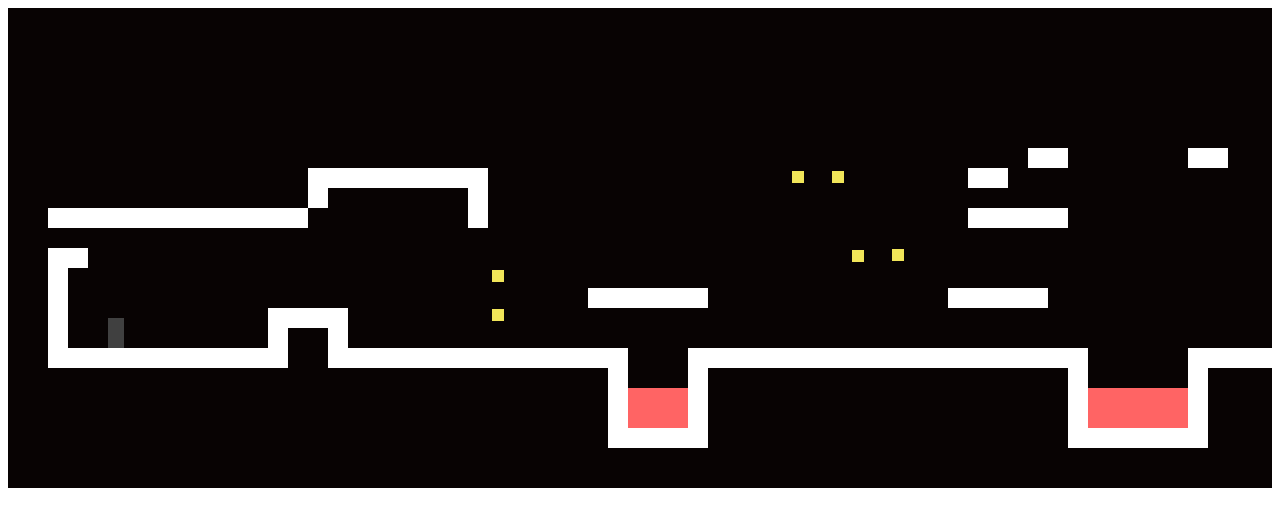
Repository: luccas-teddy/examenlucas
Page: index.html
These files come from the project's save history. The page is drawn as it stood at one moment and after the next save; the edit follows.
The browser window is 1280 px wide. The pictures show the whole page.

Above is the page before, as saved 2021-02-11 22:12:12.

After the next save:
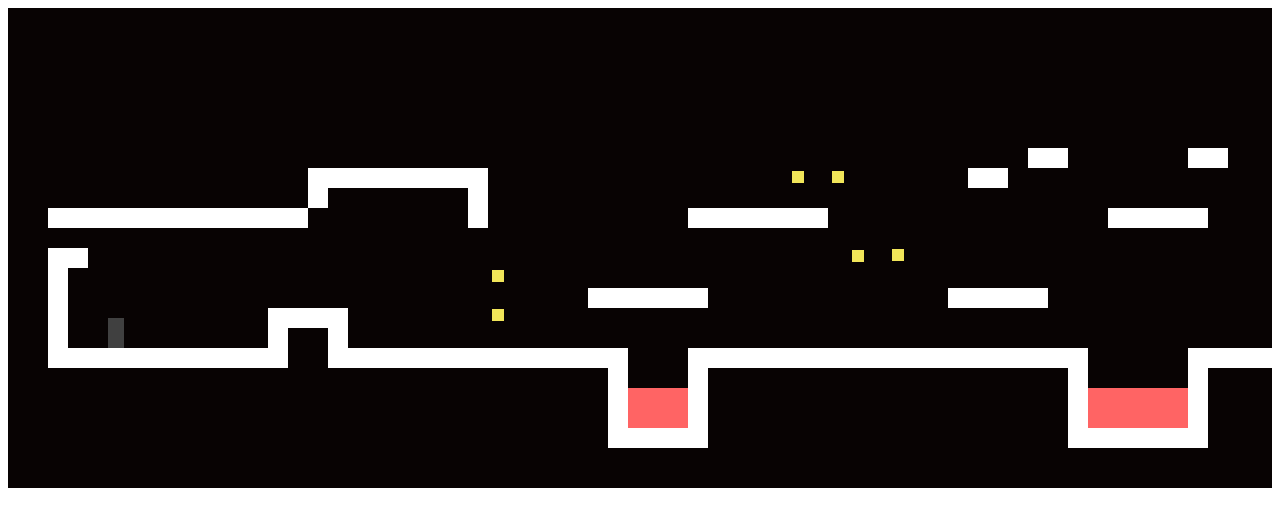
Saved 35 s later.
--- a/code/levels.js
+++ b/code/levels.js
@@ -9,7 +9,7 @@ var GAME_LEVELS = [`
 ...................................................##......##....##+##..........
 ...............#########...............o.o......##..................#+++#.......
 ...............#.......#..........................................##+##.........
-..#############........#........................#####..............#v#..........
+..#############........#..........#######..............#####.......#v#..........
 ............................................................................##..
 ..##......................................o.o................................#..
 ..#.....................o....................................................#..
